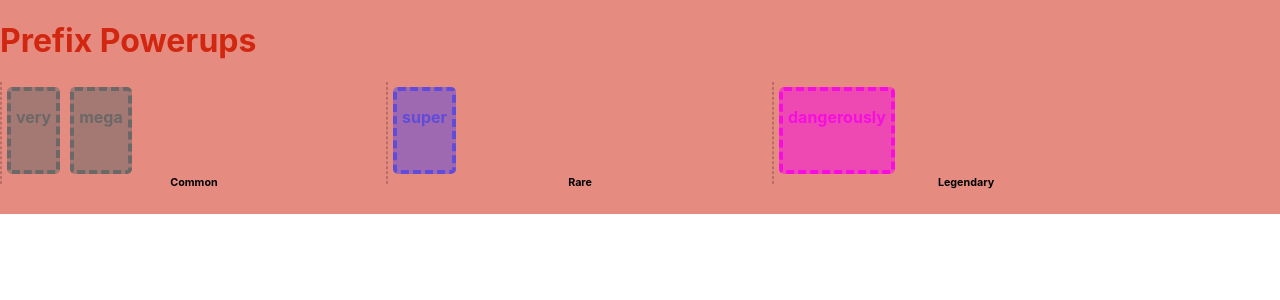
Repository: bsalgado98/buns-inator
Page: /
These files come from the project's save history. The page is drawn as it stood at one moment and after the next save; the edit follows.
The browser window is 1280 px wide. The pictures show the whole page.
The project was rebuilt for these pictures with package versions that can differ from the ones it lists, and the page was loaded fresh each time.

Above is the page before, as saved 2022-04-25 22:42:03.

After the next save:
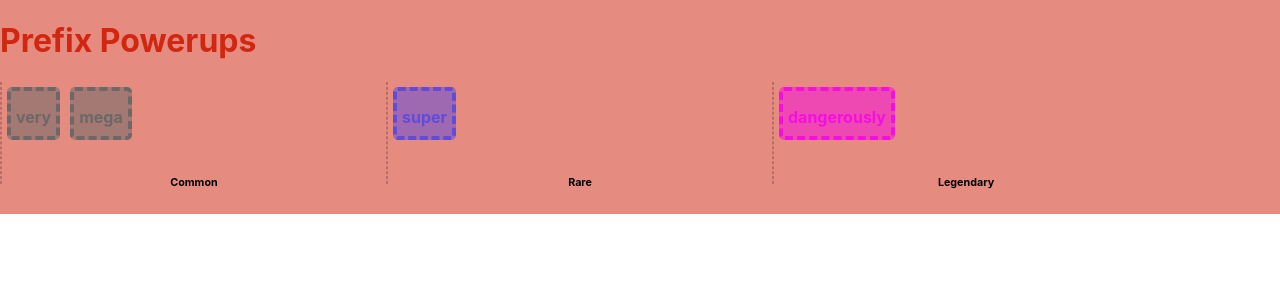
Saved 4 s later.
--- a/src/components/WordCard/WordCard.js
+++ b/src/components/WordCard/WordCard.js
@@ -8,7 +8,7 @@ const WordCard = ({ text = "N/A", color = "#000000" }) => {
                 margin: '5px',
                 padding: '5px',
                 borderRadius: '5px',
-                height: '100%'
+                height: '50%'
             }
         },
         text: {
